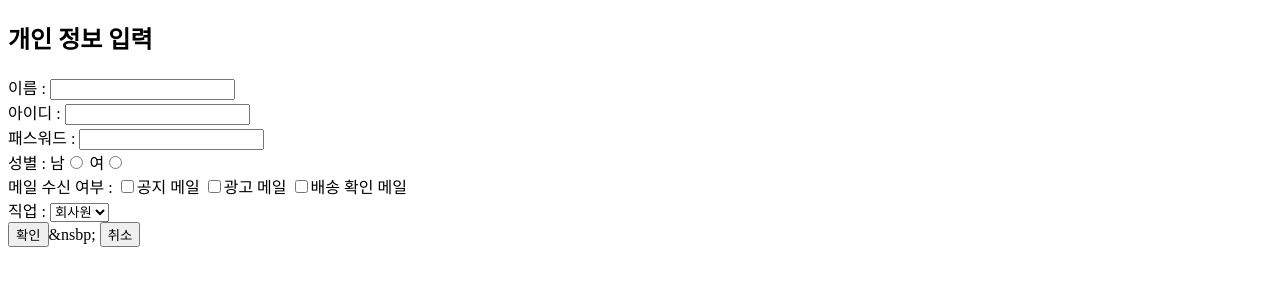
Repository: cdj6995/Web
Page: Lecture-Web/src/main/webapp/servlet/Pinfoinput.html
The author's editor kept a copy of each file at every save. The page is drawn from the files as they stood at one save, then again after the next save.
The browser window is 1280 px wide. The pictures show the whole page.

Above is the page before, as saved 2022-06-02 10:58:43.

After the next save:
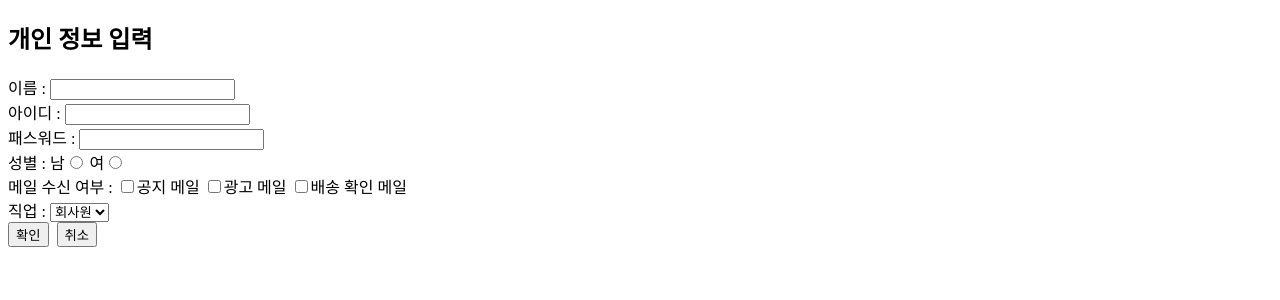
Saved 4 s later.
--- a/Lecture-Web/src/main/webapp/servlet/Pinfoinput.html
+++ b/Lecture-Web/src/main/webapp/servlet/Pinfoinput.html
@@ -21,7 +21,7 @@
 			<option value="학생">학생
 			<option value="기타">기타
 		</select><br>
-		<button type="submit" value="확인">확인</button>&nsbp;
+		<button type="submit" value="확인">확인</button>&nbsp;
 		<button type="reset" value="취소">취소</button>
 	</form>
 </body>
